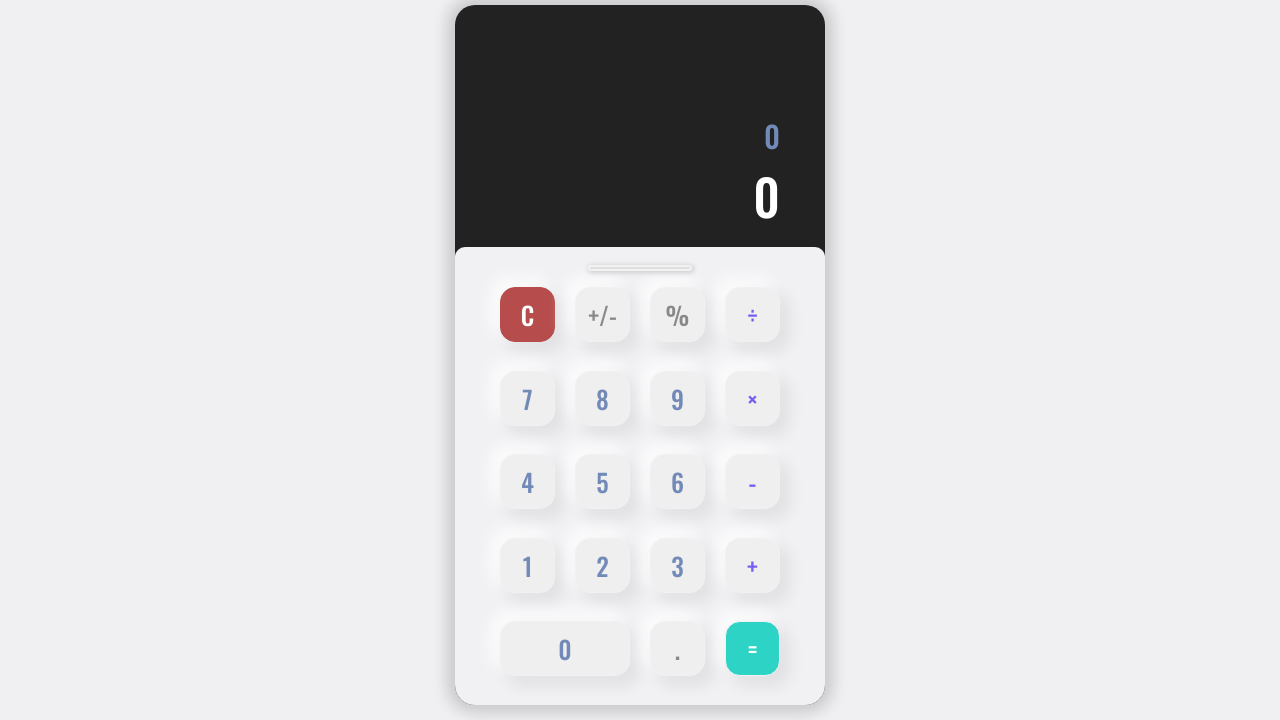
Repository: BrunoBross/calculator
Page: index.html
An editor plug-in stored every save of this project. The page is shown before and after a run of saves, followed by the edit.
The browser window is 1280 px wide. The pictures show the whole page.

Above is the page before, as saved 2021-12-01 01:56:51.

### index.html
<!DOCTYPE html>
<html lang="en">
<head>
  <meta charset="UTF-8">
  <meta http-equiv="X-UA-Compatible" content="IE=edge">
  <meta name="viewport" content="width=device-width, initial-scale=1.0">
  <title>Calculator</title>
  <link rel="stylesheet" href="./style.css">
  <link rel="preconnect" href="https://fonts.googleapis.com">
  <link rel="preconnect" href="https://fonts.gstatic.com" crossorigin>
  <link href="https://fonts.googleapis.com/css2?family=Inter:wght@400;500;700&family=Oswald:wght@400;500&display=swap" rel="stylesheet">
</head>
<body>
  <main>
    <div class="calculator">
      <div class="view">
        <div id="history">0</div>
        <div id="result">0</div>
      </div>
      <div class="buttons">
        <div id="effect"></div>
        <button class="extra" id="reset" onclick="clicked('C')">C</button>
        <button class="extra" id="moreless" onclick="clicked('+-')">+/-</button>
        <button class="extra" id="percent" onclick="clicked('%')">%</button>
        <button class="operator" id="division" onclick="clicked('/')">÷</button>
        <button class="number" id="seven" onclick="clicked('7')">7</button>
        <button class="number" id="eight" onclick="clicked('8')">8</button>
        <button class="number" id="nine" onclick="clicked('9')">9</button>
        <button class="operator" id="multiply" onclick="clicked('*')">×</button>
        <button class="number" id="four" onclick="clicked('4')">4</button>
        <button class="number" id="five" onclick="clicked('5')">5</button>
        <button class="number" id="six" onclick="clicked('6')">6</button>
        <button class="operator" id="less" onclick="clicked('-')">-</button>
        <button class="number" id="one" onclick="clicked('1')">1</button>
        <button class="number" id="two" onclick="clicked('2')">2</button>
        <button class="number" id="three" onclick="clicked('3')">3</button>
        <button class="operator" id="plus" onclick="clicked('+')">+</button>
        <button class="number" id="zero" onclick="clicked('0')">0</button>
        <button class="extra" id="dot" onclick="clicked('.')">.</button>
        <button class="equals" id="equals" onclick="clicked('=')">=</button>
      </div>
    </div>
    <div class="frufrus">
      <div class="small-square"></div>
      <div class="square"></div>
      <div class="small-circle"></div>
      <div class="circle"></div>
      <div class="dots"></div>
      <div class="dots1"></div>
    </div>
  </main>
</body>
<script src="./script.js"></script>
</html>

### style.css
*{
  padding: 0;
  margin: 0;
  font-family: 'Oswald', sans-serif;
  font-weight: 500;
}

body{
  background-color: #F0F0F3;
}

main{
  display: flex;
  justify-content: center;
  margin-top: 100px;
}

.calculator{
  background-color: #232222;
  display: flex;
  flex-direction: column;
  width: 370px;
  height: 700px;
  border-radius: 20px;
  box-shadow: 0 0 15px 8px #0000002a;
}

.view{
  display: flex;
  flex-direction: column;
  align-items: flex-end;
  justify-content: end;
  height: 400px;
  margin-right: 45px;
  padding-bottom: 15px;
}

.view > #result{
  color: #FFF;
  font-size: 50px;
}

#history{
  font-size: 30px;
  color: #728AB7;
}

.buttons{
  padding: 20px;
  padding-top: 40px;
  background-color: #F1F1F4;
  display: flex;
  justify-content: center;
  flex-wrap: wrap;
  gap: 20px;
  height: 100%;
  border-radius: 10px 10px 20px 20px;
}

.buttons > button{
  box-shadow: 8px 8px 15px 3px #00000010, -8px -8px 15px 3px #ffffffb0;
  border: none;
  height: 55px;
  width: 55px;
  border-radius: 15px;
  cursor: pointer;
  transition: 0.3s;
  font-size: 25px;
  border: 1px solid #F1F1F4;
}

button:hover{
  background-color: #cccccc;
  border: 1px solid #728AB7;
}

#zero{
  width: 130px;
}

.number{
  color: #728AB7;
}

.operator{
  color: #745FF2;
}

.equals{
  color: white;
  background-color: #2DD3C5;
  border: 1px solid #2DD3C5;
}

.equals:hover{
  background-color: #28a59a;
  border: 1px solid #728AB7;
}

#reset{
  color: #FFF;
  background-color: #b64c4c;
  border: 1px solid #b64c4c;
}

#reset:hover{
  background-color: #a73939;
  border: 1px solid #728AB7;
}

.extra{
  color: #898989;
}

#effect{
  background-color: rgb(224, 223, 223);
  border: 2px solid #f3f2f2;
  border-radius: 5px;
  box-shadow: 1px 1px 5px 1px #00000026;
  height: 2px;
  width: 100px;
  position: absolute;
  top: 357px;
}

.frufrus{
  height: 100%;
}

.small-square{
  height: 250px;
  width: 200px;
  position: absolute;
  border-radius: 15px;
  top: 160px;
  left: 120px;
  box-shadow: 8px 8px 15px 3px #0000001c, -8px -8px 15px 3px #ffffff;
}

.square{
  height: 300px;
  width: 300px;
  position: absolute;
  border-radius: 15px;
  top: 100px;
  right: 200px;
  box-shadow: 8px 8px 15px 3px #0000001c, -8px -8px 15px 3px #ffffff;
}

.small-circle{
  height: 200px;
  width: 200px;
  position: absolute;
  border-radius: 50%;
  bottom: 100px;
  right: 140px;
  box-shadow: 8px 8px 15px 3px #0000001c, -8px -8px 15px 3px #ffffff;
}

.circle{
  height: 300px;
  width: 300px;
  position: absolute;
  border-radius: 50%;
  bottom: 40px;
  left: 140px;
  box-shadow: 8px 8px 15px 3px #0000001c, -8px -8px 15px 3px #ffffff;
}

.dots{
  height: 300px;
  width: 300px;
  position: absolute;
  top: 35px;
  left: 685px;
  z-index: -1;
  background-image: radial-gradient(circle, #8989896b, #8989896b , transparent 30%, transparent 100%);
  background-size: 30px 30px;
}

.dots1{
  height: 300px;
  width: 300px;
  position: absolute;
  bottom: 110px;
  right: 685px;
  z-index: -1;
  background-image: radial-gradient(circle, #8989896b, #8989896b , transparent 30%, transparent 100%);
  background-size: 30px 30px;
}

@media only screen and (max-width: 1600px) {
  .frufrus{
    display: none;
  }
}

@media only screen and (max-height: 670px) {
  .frufrus{
    display: none;
  }

  main{
    margin: 5px;
  }

  #effect{
    top: 260px;
  }

  .calculator{
    height: 650px;
  }
}

@media only screen and (max-height: 812px) {
  .frufrus{
    display: none;
  }

  main{
    margin: 5px;
  }

  #effect{
    top: 265px;
  }

  .calculator{
    height: 700px;
  }
}

### script.js
const viewResult = document.querySelector('#result')
const viewHistory = document.querySelector('#history')

let operation = ''
let number = ''
let history = ''

function clicked(buttonClicked=String){

  // FAZER A SOMA FINAL
  if(buttonClicked == '='){
    operation += number
    operation = eval(operation) // REALIZAR A OPERACAO
    viewResult.innerHTML = operation
    number = operation  // TRANSFORMAR O NUMERO NO RESULTADO DA OPERACAO

    viewHistory.innerHTML = history // MOSTRA O HISTORY
    history = operation  // RESETA O HISTORY
  // INVERTER SINAL
  }else if(buttonClicked  == '+-'){
    number *= -1
    viewResult.innerHTML = number
  // ZERAR CALCULADORA
  }else if(buttonClicked == 'C'){
    operation = '0'
    number = '' // ZERAR NUMERO
    viewResult.innerHTML = operation
    operation = '' // ZERAR OPERACAO
  // PEGAR O OPERADOR
  }else if(buttonClicked == '+' || buttonClicked == '-' || buttonClicked == '*' || buttonClicked == '/'){
    operation = number + buttonClicked
    number = ''
    history += buttonClicked
  // PEGAR O NUMERO DIGITADO
  }else if(9 >= buttonClicked >= 0){
    number += buttonClicked
    viewResult.innerHTML = number
    history += buttonClicked
  }
}

After the next 2 saves:
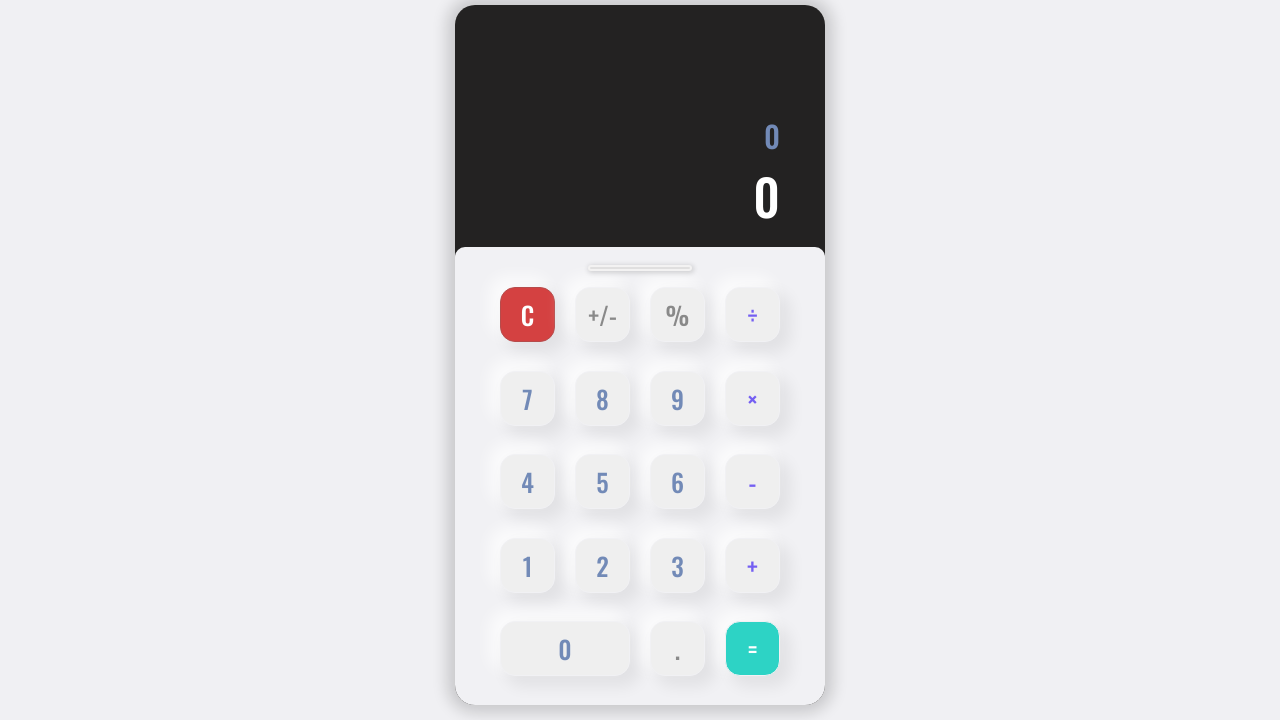
The 2 saves are shown as one change because they came seconds apart.
The last was saved 7 s later.
--- a/style.css
+++ b/style.css
@@ -99,7 +99,7 @@ button:hover{
 
 #reset{
   color: #FFF;
-  background-color: #b64c4c;
+  background-color: #d44141;
   border: 1px solid #b64c4c;
 }
 
